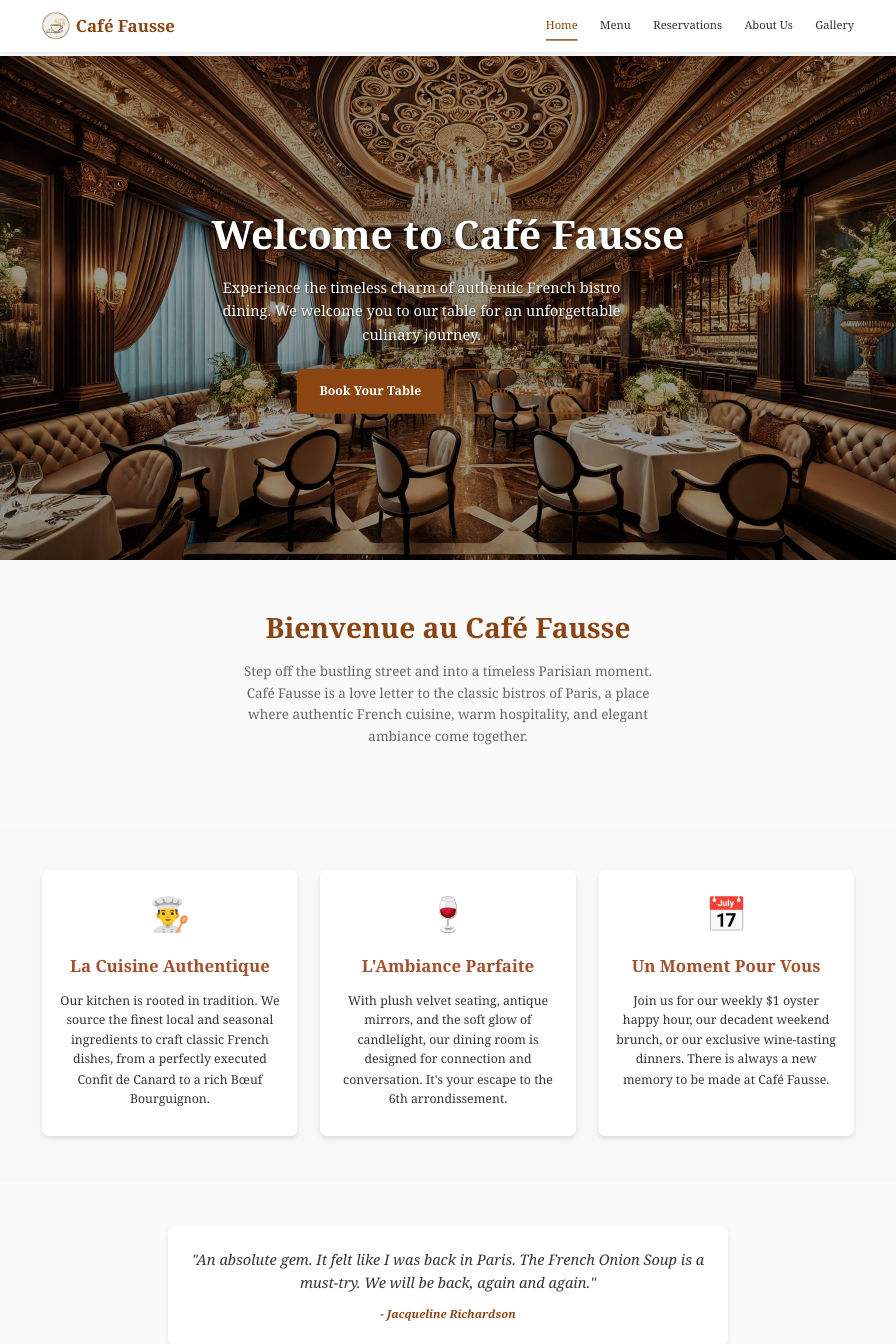
Repository: MatVanDenArt/MSSE-Cafe-Fausse
Page: / (app in frontend/)
The author's editor kept a copy of each file at every save. The page is drawn from the files as they stood at one save, then again after the next save.
The browser window is 1280 px wide. The pictures show the part of the page from y = 0 to 1920 px (the page is 2970 px tall), at 70% of full size.
The page's requests for data from a server got no answer. The project was rebuilt for these pictures with package versions that can differ from the ones it lists, and the page was loaded fresh each time. No one was signed in, and anything a server would have sent is missing. Also part of the build but not shown: frontend/src/pages/Menu.css, frontend/src/pages/Menu.js, frontend/src/pages/Reservations.css, frontend/src/pages/Reservations.js, frontend/src/pages/About.css, frontend/src/pages/About.js, frontend/src/pages/Gallery.css, frontend/src/pages/Gallery.js.

Above is the page before, as saved 2025-10-26 14:49:10.

After the next save:
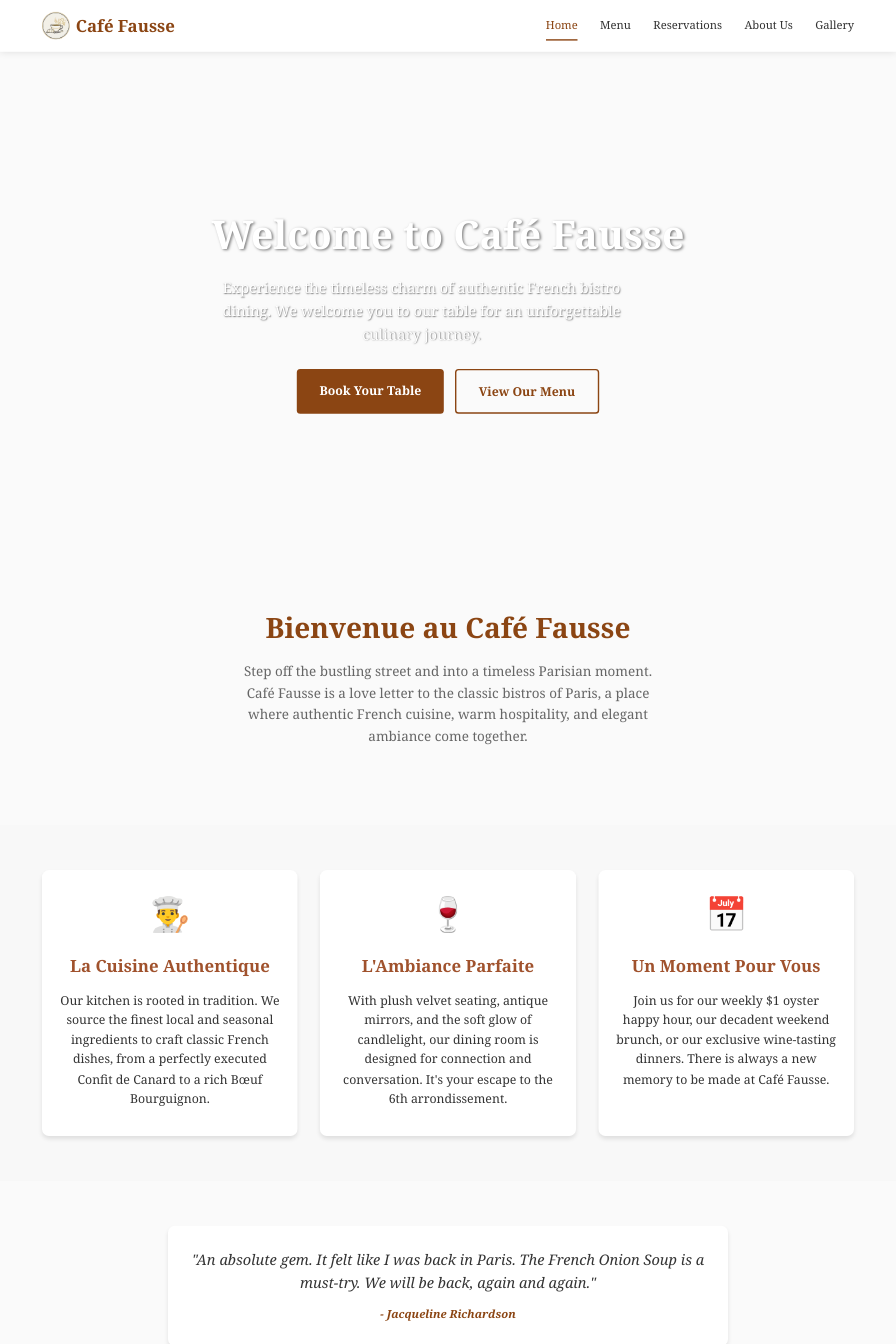
Saved 4 s later.
--- a/frontend/src/pages/Home.css
+++ b/frontend/src/pages/Home.css
@@ -5,7 +5,7 @@
 .hero {
   height: 100vh;
   background: linear-gradient(rgba(0, 0, 0, 0.4), rgba(0, 0, 0, 0.4)),
-    url("/images/Home - Cafe Fausse.webp") center/cover;
+    var(--hero-bg) center/cover;
   display: flex;
   align-items: center;
   justify-content: center;
